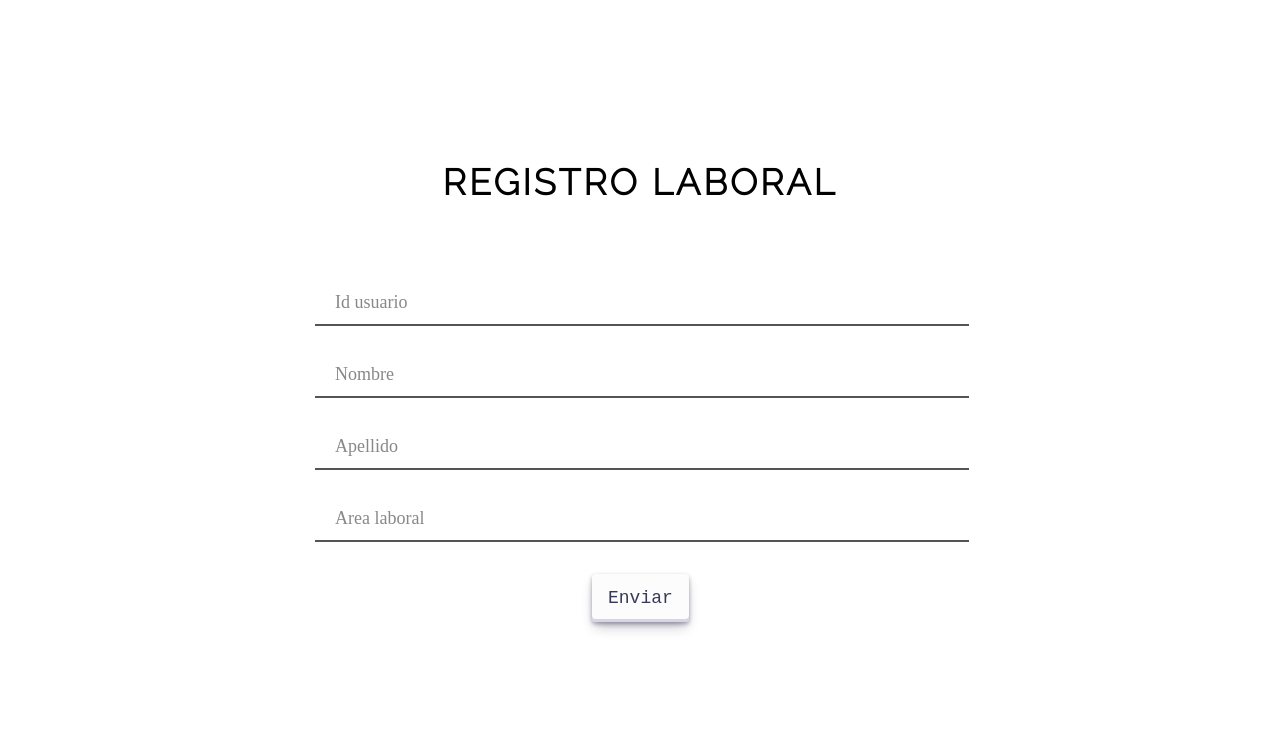
Repository: Alejandr0Aceved0/AWS_SERVICES_AND_INSTANCES
Page: register.html
The author's editor kept a copy of each file at every save. The page is drawn from the files as they stood at one save, then again after the next save.
The browser window is 1280 px wide. The pictures show the whole page.
Some web fonts or font styles are not loaded; a fallback is used.

Above is the page before, as saved 2024-10-17 16:32:20.

### register.html
<!DOCTYPE html>
<html>

<head>
    <meta charset='utf-8'>
    <meta http-equiv='X-UA-Compatible' content='IE=edge'>
    <title>Register Page</title>
    <meta name='viewport' content='width=device-width, initial-scale=1'>
    <link rel='stylesheet' type='text/css' media='screen' href='styles/appRegister.css'>
    <script src='appRegister.js'></script>
</head>

<body>

    <section class="get-in-touch">
        <h1 class="title">Registro Laboral</h1>
        <form class="contact-form ">
           <div class="form-field col x-50">
              <input id="name" class="input-text js-input" type="text" required>
              <label class="label" for="name">Id usuario</label>
           </div>
           <div class="form-field col x-50">
              <input id="email" class="input-text js-input" type="email" required>
              <label class="label" for="email">Nombre</label>
           </div>
           <div class="form-field col x-100">
              <input id="message" class="input-text js-input" type="text" required>
              <label class="label" for="message">Apellido</label>
           </div>

           <div class="form-field col x-100">
            <input id="message" class="input-text js-input" type="text" required>
            <label class="label" for="message">Area laboral</label>
           </div>

           <div class="form-field col x-100 align-center">
            <button class="button-30" type="submit" role="button">Enviar</button>
           </div>
        </form>
     </section>



    <!-- <div class="form-field col x-50">
        <input id="name" class="input-text js-input" type="text" required>
        <label class="label" for="name">Name</label>
     </div>

    <p>
    <h1>Registro de usuario</h1>

    <input type="text" placeholder="Id usuario" class="form-input-text__FormInput-sc-xxedi2-0 form-input-text___StyledFormInput-sc-xxedi2-1 dzARff ldZduL">
    <br>

    <input type="text" placeholder="Nombre" class="form-input-text__FormInput-sc-xxedi2-0 form-input-text___StyledFormInput-sc-xxedi2-1 dzARff ldZduL">
    <br>

    <input type="text" placeholder="Apellido" class="form-input-text__FormInput-sc-xxedi2-0 form-input-text___StyledFormInput-sc-xxedi2-1 dzARff ldZduL">
    <br>

    <input type="text" placeholder="Area laboral" class="form-input-text__FormInput-sc-xxedi2-0 form-input-text___StyledFormInput-sc-xxedi2-1 dzARff ldZduL">
    <br>
    <br>

    <input type="text" placeholder="Click Me!" class="form-input-text__FormInput-sc-xxedi2-0 form-input-text___StyledFormInput-sc-xxedi2-1 dzARff ldZduL">
    <br>

    <button class="button-30" role="button">Registrar</button> -->
</body>

</html>

### styles/appRegister.css
@import url(https://fonts.googleapis.com/css?family=Raleway:300);
@import url(https://fonts.googleapis.com/css?family=Lusitana:400,700);

@mixin clearfix {
    &:after {
        content: "";
        display: table;
        clear: both;
    }
}

.align-center {
    text-align: center;
}


html {
    height: 100%;
}

body {
    height: 100%;
    position: relative;
}

.row {
    @include clearfix;
    margin: -20px 0;

    .col {
        padding: 0 20px;
        float: left;
        box-sizing: border-box;

        &.x-50 {
            width: 50%;
        }

        &.x-100 {
            width: 100%;
        }
    }
}

.content-wrapper {
    min-height: 100%;
    position: relative;
}

.get-in-touch {
    max-width: 650px;
    margin: 0 auto;
    position: relative;
    top: 50%;
    transform: translateY(-50%);

    .title {
        text-align: center;
        font-family: Raleway, sans-serif;
        text-transform: uppercase;
        letter-spacing: 3px;
        font-size: 36px;
        line-height: 48px;
        padding-bottom: 48px;
    }
}

.contact-form {
    .form-field {
        position: relative;
        margin: 32px 0;
    }

    .input-text {
        display: block;
        width: 100%;
        height: 36px;
        border-width: 0 0 2px 0;
        border-color: #000;
        font-family: Lusitana, serif;
        font-size: 18px;
        line-height: 26px;
        font-weight: 400;

        &:focus {
            outline: none;
        }

        &:focus,
        &.not-empty {
            +.label {
                transform: translateY(-24px);
            }
        }
    }

    .label {
        position: absolute;
        left: 20px;
        bottom: 11px;
        font-family: Lusitana, serif;
        font-size: 18px;
        line-height: 26px;
        font-weight: 400;
        color: #888;
        cursor: text;
        transition: transform .2s ease-in-out;
    }

    .submit-btn {
        display: inline-block;
        background-color: #000;
        color: #fff;
        font-family: Raleway, sans-serif;
        text-transform: uppercase;
        letter-spacing: 2px;
        font-size: 16px;
        line-height: 24px;
        padding: 8px 16px;
        border: none;
        cursor: pointer;
    }
}

.note {
    position: absolute;
    left: 0;
    bottom: 10px;
    width: 100%;
    text-align: center;
    font-family: Lusitana, serif;
    font-size: 16px;
    line-height: 21px;

    .link {
        color: #888;
        text-decoration: none;

        &:hover {
            text-decoration: underline;
        }
    }
}


.button-30 {
    align-items: center;
    appearance: none;
    background-color: #FCFCFD;
    border-radius: 4px;
    border-width: 0;
    box-shadow: rgba(45, 35, 66, 0.4) 0 2px 4px, rgba(45, 35, 66, 0.3) 0 7px 13px -3px, #D6D6E7 0 -3px 0 inset;
    box-sizing: border-box;
    color: #36395A;
    cursor: pointer;
    display: inline-flex;
    font-family: "JetBrains Mono", monospace;
    height: 48px;
    justify-content: center;
    line-height: 1;
    list-style: none;
    overflow: hidden;
    padding-left: 16px;
    padding-right: 16px;
    position: relative;
    text-align: left;
    text-decoration: none;
    transition: box-shadow .15s, transform .15s;
    user-select: none;
    -webkit-user-select: none;
    touch-action: manipulation;
    white-space: nowrap;
    will-change: box-shadow, transform;
    font-size: 18px;
}

.button-30:focus {
    box-shadow: #D6D6E7 0 0 0 1.5px inset, rgba(45, 35, 66, 0.4) 0 2px 4px, rgba(45, 35, 66, 0.3) 0 7px 13px -3px, #D6D6E7 0 -3px 0 inset;
}

.button-30:hover {
    box-shadow: rgba(45, 35, 66, 0.4) 0 4px 8px, rgba(45, 35, 66, 0.3) 0 7px 13px -3px, #D6D6E7 0 -3px 0 inset;
    transform: translateY(-2px);
}

.button-30:active {
    box-shadow: #D6D6E7 0 3px 7px inset;
    transform: translateY(2px);
}

Loaded but not shown: appRegister.js (no copy from this time; the picture is the same without it)

After the next save:
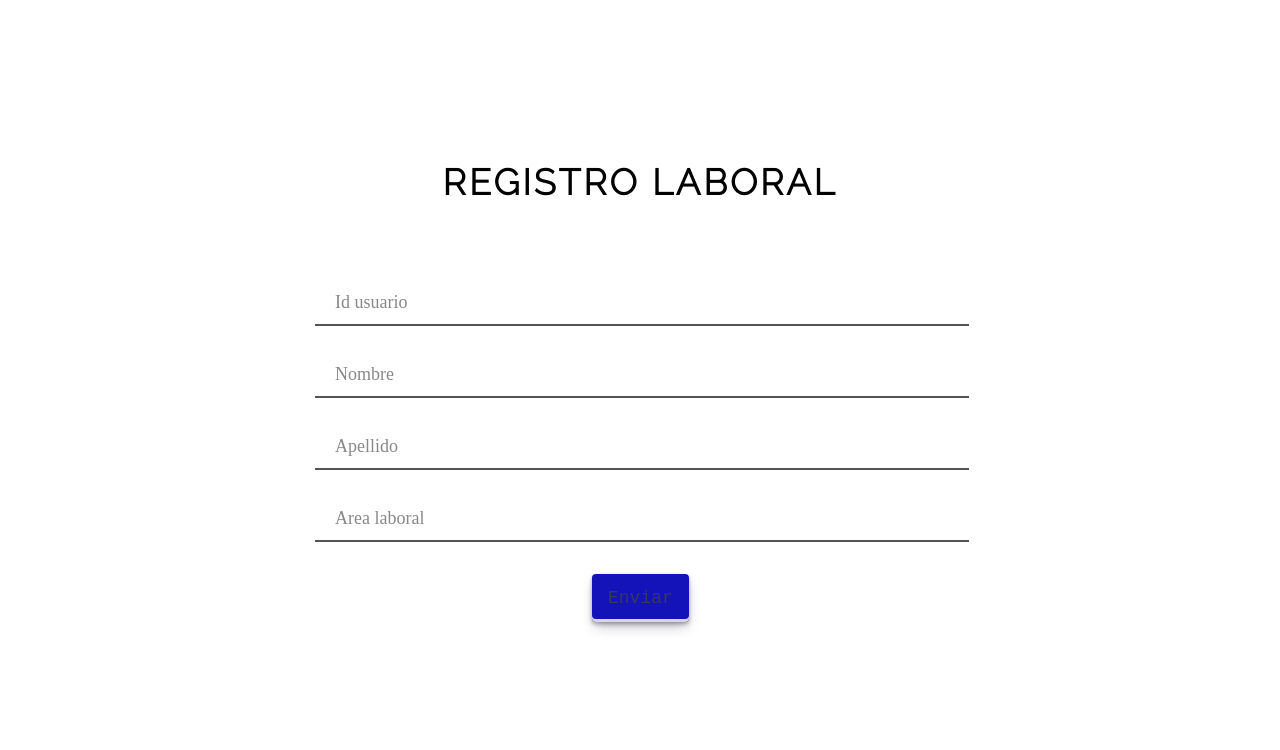
Saved 59 s later.
--- a/styles/appRegister.css
+++ b/styles/appRegister.css
@@ -146,7 +146,7 @@
 .button-30 {
     align-items: center;
     appearance: none;
-    background-color: #FCFCFD;
+    background-color: #1313b9;
     border-radius: 4px;
     border-width: 0;
     box-shadow: rgba(45, 35, 66, 0.4) 0 2px 4px, rgba(45, 35, 66, 0.3) 0 7px 13px -3px, #D6D6E7 0 -3px 0 inset;

After the save that followed:
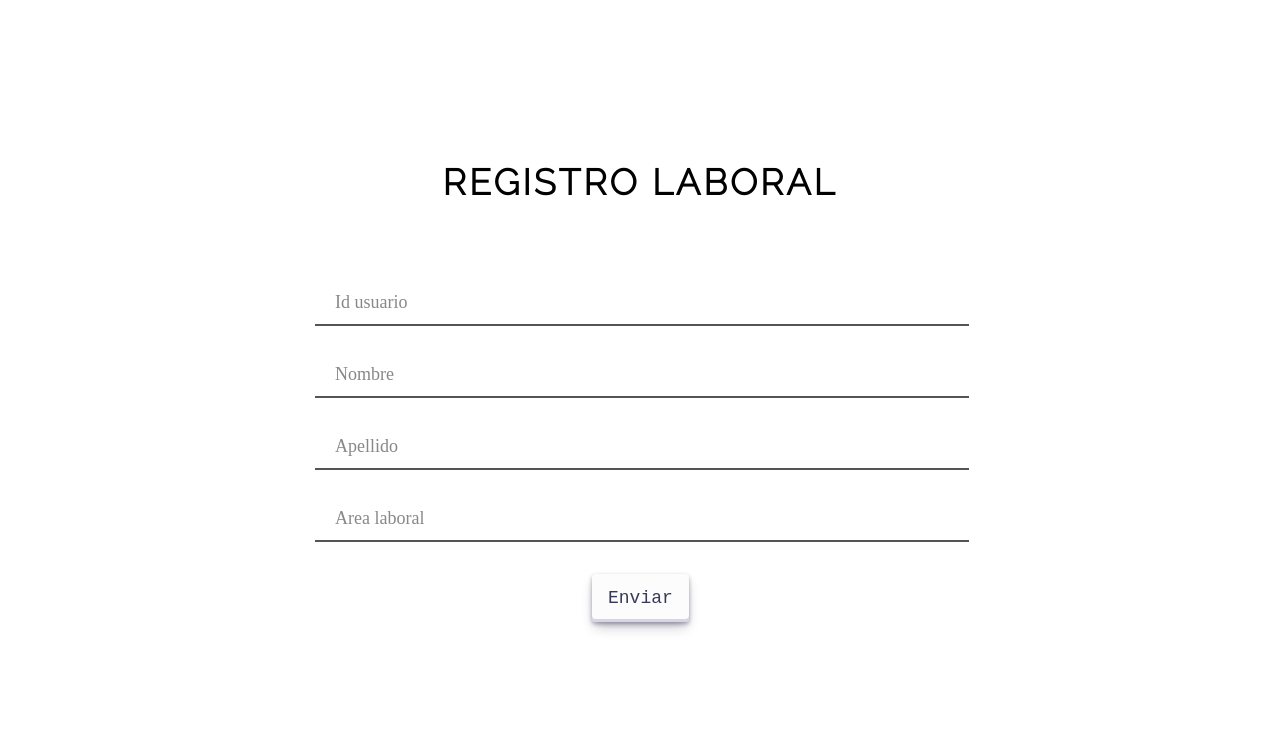
Saved 100 s later.
--- a/styles/appRegister.css
+++ b/styles/appRegister.css
@@ -146,7 +146,7 @@
 .button-30 {
     align-items: center;
     appearance: none;
-    background-color: #1313b9;
+    background-color: #FCFCFD;
     border-radius: 4px;
     border-width: 0;
     box-shadow: rgba(45, 35, 66, 0.4) 0 2px 4px, rgba(45, 35, 66, 0.3) 0 7px 13px -3px, #D6D6E7 0 -3px 0 inset;
